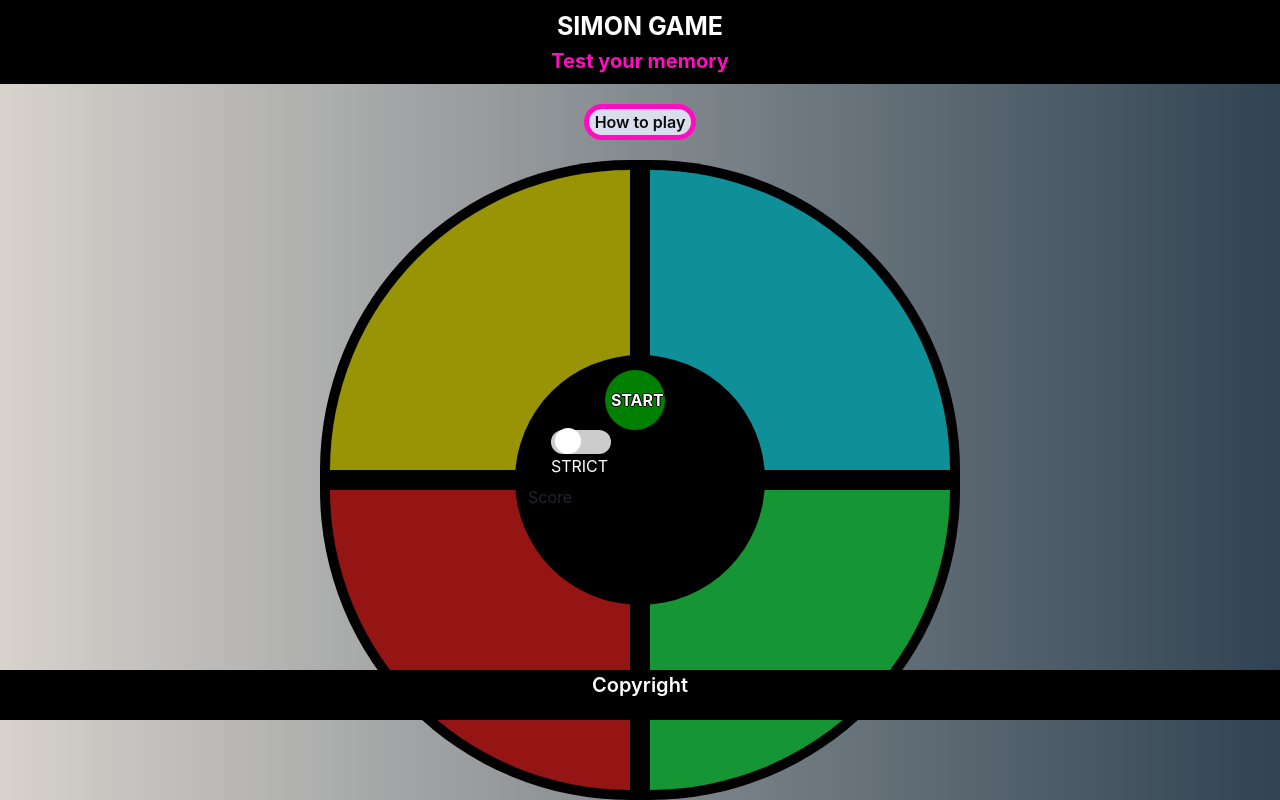
Repository: murphya14/Simon-game
Page: index.html
The author's editor kept a record of every edit. The page is drawn from the files as they stood at one moment, then again after the next edit.
The browser window is 1280 px wide. The pictures show the whole page.

Above is the page before.
Console error: SyntaxError: Unexpected end of input

After the next edit:
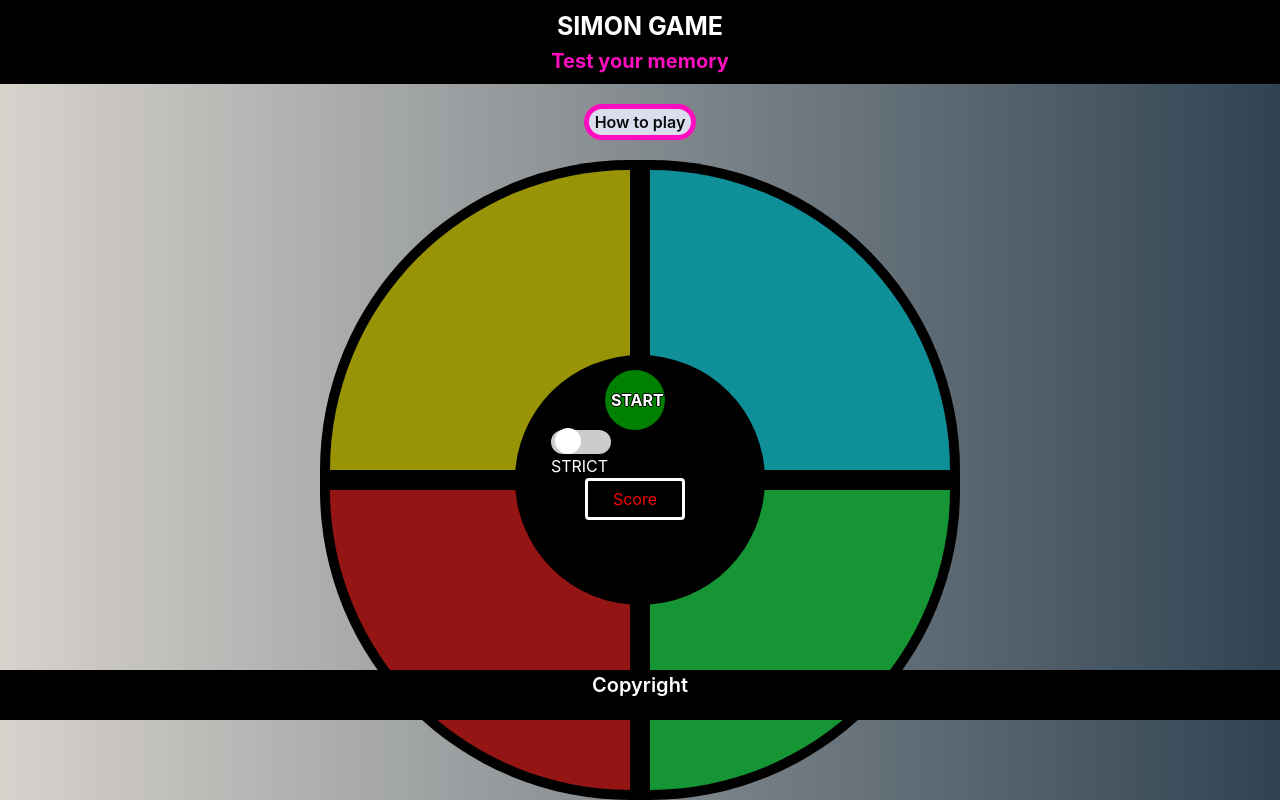
The edit:
--- a/index.html
+++ b/index.html
@@ -100,7 +100,7 @@
 
                     </div>
 
-                    <button class="btn" type="button" id="counter turn" onclick="counter()">Score</button>
+                    <button class="btn" type="button" id="counter" id="on" onclick="counter()">Score</button>
 
                     </div>
 
